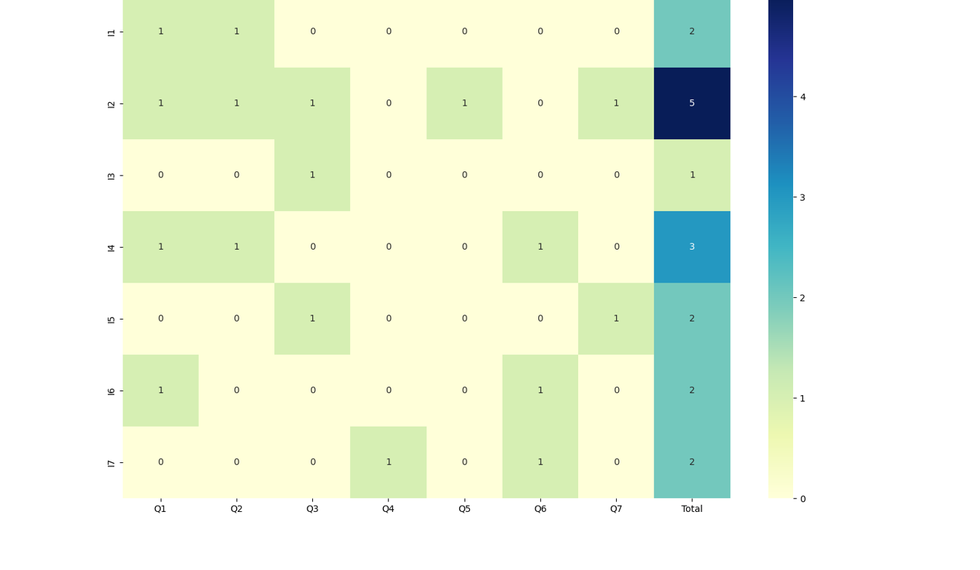
Repository: MarioPasc/Base-de-Datos-Microbiomas
Script's output: python src/mysql_performance_analysis.py
The author's editor kept a copy of each file at every save. The script's output is drawn from the files as they stood at one save, then again after the next save.
The pictures show rows 5111 to 6871 of an output 5926 px tall, at 70% of full size.
Each picture stacks the figures in order, with grey between them; figures that are only written to a file come last. Figures wider than 1,400 px are first shrunk to that width. Random numbers start from a fixed seed.

Above is the script's output before, as saved 2024-06-08 11:21:56.

### src/mysql_performance_analysis.py
import pandas as pd
import seaborn as sns
import matplotlib.pyplot as plt
import numpy as np
from scipy.cluster.hierarchy import linkage
from scipy.spatial.distance import pdist
from typing import Any

class CSVVisualizer:
    def __init__(self, csv_path: str, figure_path: str):
        self.csv_path = csv_path
        self.figure_path = figure_path
        self.data = self.read_csv()

    def read_csv(self) -> pd.DataFrame:
        """Reads the CSV file and returns a pandas DataFrame."""
        return pd.read_csv(self.csv_path)

    def normalize_data(self, data: pd.DataFrame) -> pd.DataFrame:
        """Normalizes the data to have zero mean and unit variance."""
        return (data - data.mean()) / data.std()

    def plot_clustered_heatmap(self) -> None:
        """Generates and saves a clustered heatmap from the DataFrame."""
        # Pivot the data to have queries as columns and engines/indices as rows
        data_pivot = self.data.pivot(index='Engine', columns='Indices', values=['Q1', 'Q2', 'Q3', 'Q4', 'Q5', 'Q6', 'Q7'])

        # Flatten the multi-level column index for easier processing
        data_pivot.columns = ['_'.join(map(str, col)).strip() for col in data_pivot.columns.values]

        # Normalize the data
        data_normalized = self.normalize_data(data_pivot)

        # Compute the distance matrix and hierarchical clustering
        dist_matrix = pdist(data_normalized.T, metric='euclidean')
        linkage_matrix = linkage(dist_matrix, method='ward')

        # Plot clustered heatmap
        plt.figure(figsize=(20, 15))
        sns.clustermap(data_normalized, row_cluster=False, col_linkage=linkage_matrix, cmap='viridis')
        plt.savefig(f"{self.figure_path}clustered_heatmap.png")
        plt.close()

    def plot_boxplot(self) -> None:
        """Generates and saves a boxplot for query execution times by engine with mean times in legend."""
        # Compute the mean execution time across all queries for each index and engine
        self.data['MeanQueryTime'] = self.data[['Q1', 'Q2', 'Q3', 'Q4', 'Q5', 'Q6', 'Q7']].mean(axis=1)

        # Calculate the mean times for each engine
        mean_times = self.data.groupby('Engine')['MeanQueryTime'].mean().to_dict()

        # Define the order of engines and a custom palette
        engine_order = ['MyISAM', 'MEMORY', 'InnoDB']
        palette = {'InnoDB': '#5DADE2', 'MEMORY': '#58D68D', 'MyISAM': '#EC7063'}

        plt.figure(figsize=(15, 10))
        boxplot = sns.boxplot(x='Engine', y='MeanQueryTime', data=self.data, order=engine_order, palette=palette)
        plt.ylabel("Mean Execution Time (ms)")
        plt.xlabel("Storage Engine")
        plt.title("Distribution of Mean Query Execution Times by Storage Engine")

        # Add the mean times to the legend
        legend_labels = [f'{engine} (mean: {mean_times[engine]/1000:.4f}s)' for engine in engine_order]
        handles = [plt.Line2D([0], [0], color=palette[engine], lw=4) for engine in engine_order]
        plt.legend(handles, legend_labels, title="Engines")

        plt.savefig(f"{self.figure_path}boxplot.png")
        plt.close()

    def plot_clustered_heatmap_by_engine(self) -> None:
        """Generates and saves a clustered heatmap for each engine."""
        engines = self.data['Engine'].unique()
        for engine in engines:
            data_subset = self.data[self.data['Engine'] == engine]
            melted_data = pd.melt(data_subset, id_vars=['Indices'], value_vars=['Q1', 'Q2', 'Q3', 'Q4', 'Q5', 'Q6', 'Q7'])
            data_pivot = melted_data.pivot(index='variable', columns='Indices', values='value')
            data_normalized = self.normalize_data(data_pivot)
            dist_matrix = pdist(data_normalized.T, metric='euclidean')
            linkage_matrix = linkage(dist_matrix, method='ward')

            plt.figure(figsize=(20, 15))
            sns.clustermap(data_normalized, row_cluster=False, col_linkage=linkage_matrix, cmap='viridis')
            plt.title(f"Clustered Heatmap for Engine: {engine}")
            plt.savefig(f"{self.figure_path}clustered_heatmap_{engine}.png")
            plt.close()

    def plot_innodb_optimal_indices_heatmap(self) -> None:
        """Finds and plots the optimal indices heatmap for InnoDB engine."""
        innodb_data = self.data[self.data['Engine'] == 'InnoDB']
        optimal_indices = []

        for query in ['Q1', 'Q2', 'Q3', 'Q4', 'Q5', 'Q6', 'Q7']:
            min_time_row = innodb_data.loc[innodb_data[query].idxmin()]
            indices = min_time_row['Indices'].split('+')
            optimal_indices.append(indices)

        # Create a DataFrame for the heatmap
        index_set = sorted(set([idx for sublist in optimal_indices for idx in sublist]))
        heatmap_data = pd.DataFrame(0, index=index_set, columns=['Q1', 'Q2', 'Q3', 'Q4', 'Q5', 'Q6', 'Q7'])

        for i, indices in enumerate(optimal_indices):
            for idx in indices:
                heatmap_data.at[idx, f'Q{i+1}'] = 1

        heatmap_data['Total'] = heatmap_data.sum(axis=1)

        plt.figure(figsize=(15, 10))
        sns.heatmap(heatmap_data, annot=True, cmap='YlGnBu')
        plt.title("Optimal Indices for InnoDB Engine")
        plt.savefig(f"{self.figure_path}optimal_indices_heatmap_innodb.png")
        plt.close()

    def plot_innodb_index_frequency(self) -> None:
        """Generates and saves a bar plot for the frequency of index usage in the top 10 fastest queries for InnoDB."""
        # Filter the data for InnoDB engine
        innodb_data = self.data[self.data['Engine'] == 'InnoDB']

        # Find the 10 queries with the lowest mean execution time
        top_10_queries = innodb_data.nsmallest(10, 'MeanQueryTime')

        # Decompose the index combinations into individual indices
        all_indices = top_10_queries['Indices'].str.split('+').explode()

        # Count the frequency of each index
        index_counts = all_indices.value_counts()

        # Plot the frequency of each index
        plt.figure(figsize=(15, 10))
        barplot = sns.barplot(x=index_counts.index, y=index_counts.values, palette='viridis')
        barplot.set_xlabel('Index')
        barplot.set_ylabel('Frequency')
        barplot.set_title('Frequency of Index Usage in the Top 10 Fastest Queries for InnoDB')

        # Annotate the bars with the frequency values
        for i in barplot.containers:
            barplot.bar_label(i)

        plt.savefig(f"{self.figure_path}innodb_index_frequency.png")
        plt.close()

if __name__ == "__main__":
    csv_path = "./query_optimization/mysql/mysql_encoded_optimization_results.csv"
    figure_path = "./query_optimization/mysql/figures/"

    visualizer = CSVVisualizer(csv_path, figure_path)
    visualizer.plot_clustered_heatmap()
    visualizer.plot_boxplot()
    visualizer.plot_clustered_heatmap_by_engine()
    visualizer.plot_innodb_optimal_indices_heatmap()
    print(f"Visualizations saved to {figure_path}")

Loaded but not shown: query_optimization/mysql/mysql_encoded_optimization_results.csv (385 lines, source omitted)

After the next save:
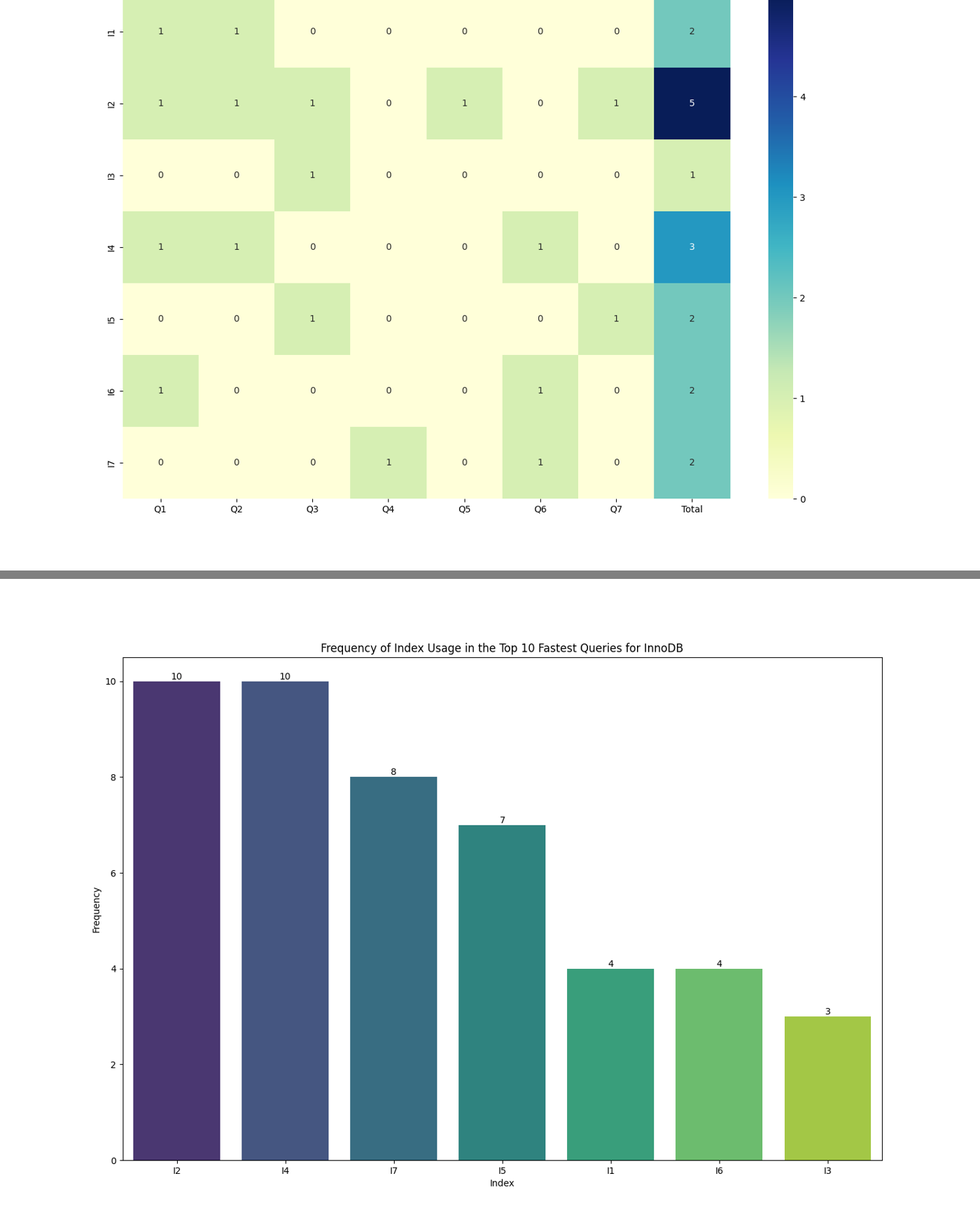
Saved 23 s later.
--- a/src/mysql_performance_analysis.py
+++ b/src/mysql_performance_analysis.py
@@ -147,4 +147,5 @@ if __name__ == "__main__":
     visualizer.plot_boxplot()
     visualizer.plot_clustered_heatmap_by_engine()
     visualizer.plot_innodb_optimal_indices_heatmap()
+    visualizer.plot_innodb_index_frequency()
     print(f"Visualizations saved to {figure_path}")
